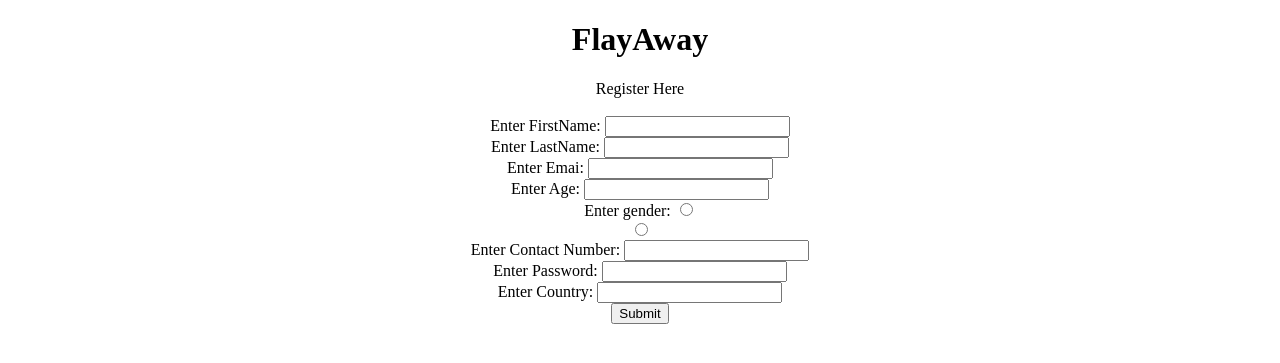
Repository: KartikMuchakandimath/Flyaway
Page: FlayAway/src/main/webapp/Registration.html
An editor plug-in stored every save of this project. The page is shown before and after the next save, followed by the edit.
The browser window is 1280 px wide. The pictures show the whole page.

Above is the page before, as saved 2022-04-21 09:34:42.

### FlayAway/src/main/webapp/Registration.html
<!DOCTYPE html>
<html>
<head>
<meta charset="ISO-8859-1">
<title>Insert title here</title>
</head>
<body>
<center>
<div class="head">
<h1>FlayAway</h1>
</div>

<div class ="Register-box">
<div>Register Here</h1>

</div>
<br>
<form action="RegisterServlet" method="post">
Enter FirstName: <input type=" text"  name="fname" required="required"><br>
Enter LastName: <input type=" text"  name="lname" required="required"><br>
Enter Emai: <input type=" email"  name="email" required="required"><br>
Enter Age: <input type="number"  name="age" required="required"><br>
Enter gender: <input type="radio"  name="gender" value="male" required="required"><br>
              <input type="radio"  name="gender" value="female" required="required"><br>
Enter Contact Number: <input type=" number"  name="contact" required="required"><br>
Enter Password: <input type=" password"  name="password" required="required"><br>
Enter Country: <input type="text"  name="country" required="required"><br>

<button type="submit">Submit</button>

</form>

</div>
</center>
</body>
</html>

After the next save:
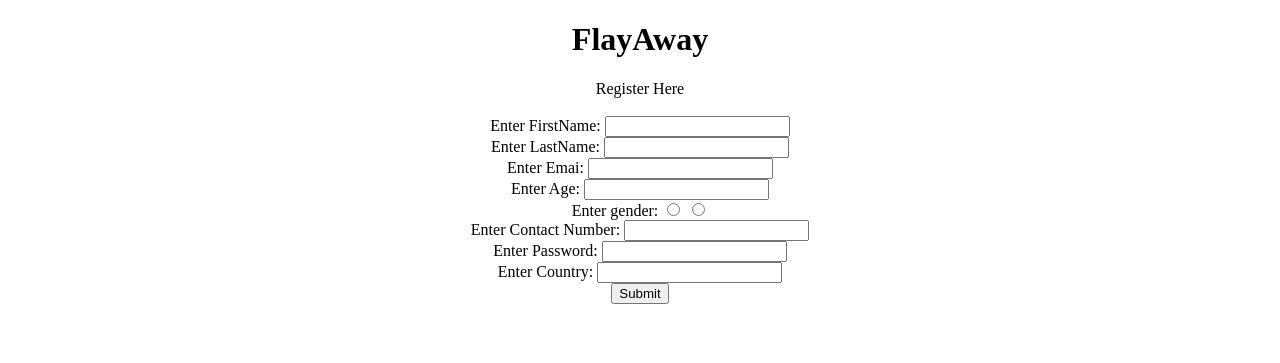
Saved 12 s later.
--- a/FlayAway/src/main/webapp/Registration.html
+++ b/FlayAway/src/main/webapp/Registration.html
@@ -20,7 +20,7 @@ Enter FirstName: <input type=" text"  name="fname" required="required"><br>
 Enter LastName: <input type=" text"  name="lname" required="required"><br>
 Enter Emai: <input type=" email"  name="email" required="required"><br>
 Enter Age: <input type="number"  name="age" required="required"><br>
-Enter gender: <input type="radio"  name="gender" value="male" required="required"><br>
+Enter gender: <input type="radio"  name="gender" value="male" required="required">
               <input type="radio"  name="gender" value="female" required="required"><br>
 Enter Contact Number: <input type=" number"  name="contact" required="required"><br>
 Enter Password: <input type=" password"  name="password" required="required"><br>
